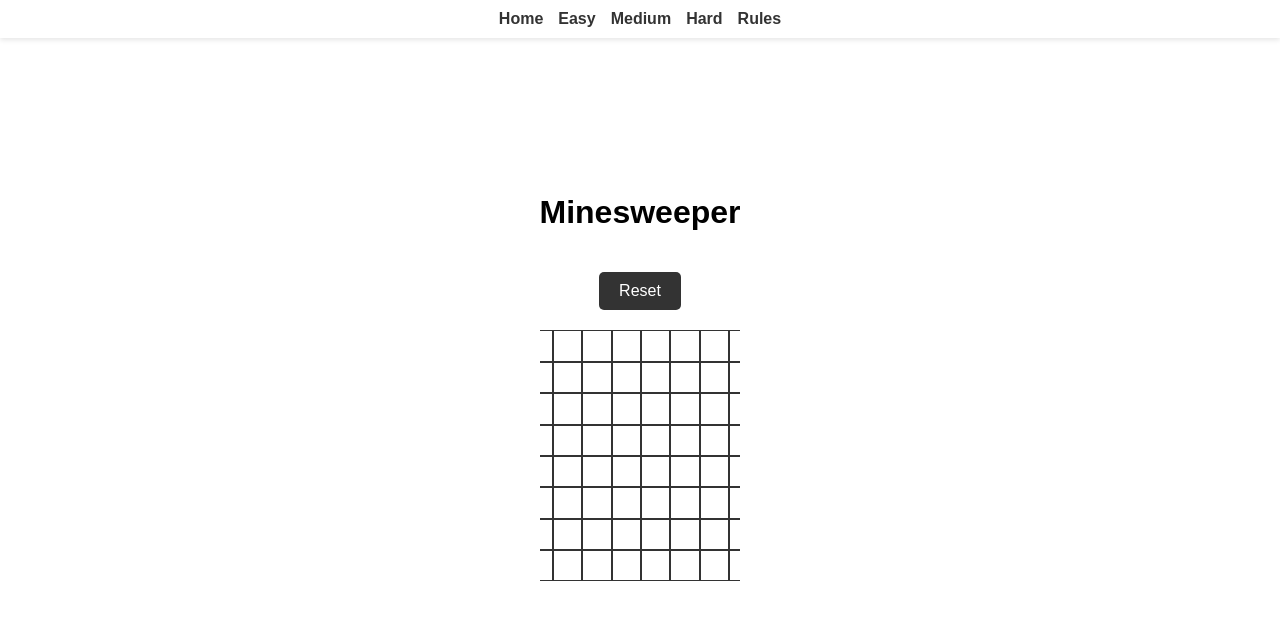
Repository: liwingy/-WingYee-_-Li-project2
Page: /game/easy (app in minesweeper/)
An editor plug-in stored every save of this project. The page is shown before and after the next save, followed by the edit.
The browser window is 1280 px wide. The pictures show the whole page.
The project was rebuilt for these pictures with package versions that can differ from the ones it lists, and the page was loaded fresh each time. Also part of the build but not shown: minesweeper/src/views/Homepage.js, minesweeper/src/views/Rules.js.

Above is the page before, as saved 2024-11-11 14:42:15.

### minesweeper/src/App.js
import './styles.css';
import { BrowserRouter as Router, Routes, Route, Link } from 'react-router-dom';
import Homepage from './views/Homepage';
import Game from './views/Game';
import Rules from './views/Rules';

function App() {
  return (
    <Router>
      <nav>
        <Link to="/">Home</Link>
        <Link to="/game/easy">Easy</Link>
        <Link to="/game/medium">Medium</Link>
        <Link to="/game/hard">Hard</Link>
        <Link to="/rules">Rules</Link>
      </nav>
      <Routes>
        <Route path="/" element={<Homepage />} />
        <Route path="/game/:difficulty" element={<Game />} />
        <Route path="/rules" element={<Rules />} />
      </Routes>
    </Router>
  );
}

export default App;

### minesweeper/src/styles.css
/* General Styles */
body, html {
  display: flex;
  justify-content: center;
  align-items: center;
  height: 100vh;
  margin: 0;
  font-family: Arial, sans-serif;
  text-align: center;
  overflow: hidden; /* Prevents unnecessary scrolling */
}

/* Main Container */
.main-container {
  display: flex;
  flex-direction: column;
  align-items: center;
  width: 100%;
  max-width: 1000px; /* Increased max-width for larger board support */
  margin-top: 60px;
}

/* Navbar Styling */
nav {
  position: fixed;
  top: 0;
  left: 0;
  right: 0;
  display: flex;
  gap: 15px;
  justify-content: center;
  background-color: white;
  padding: 10px;
  box-shadow: 0 2px 5px rgba(0, 0, 0, 0.1);
  z-index: 1000;
}

nav a {
  text-decoration: none;
  color: #333;
  font-weight: bold;
}

nav a:hover {
  color: #555;
}

/* Board Container */
.board-container {
  width: 100%;
  max-width: 90vw; /* Fits within viewport width */
  max-height: 80vh; /* Fits within viewport height */
  overflow: auto; /* Allows scrolling if needed */
  margin-top: 20px;
  padding: 5px;
  border: 1px solid #ddd;
}

/* Board Styling */
.board {
  display: grid;
  gap: 2px;
  justify-content: center;
  margin-top: 20px;
}

/* Dynamic Columns based on board size */
.board.hard {
  grid-template-columns: repeat(30, minmax(15px, 1fr)); /* 30 columns for hard mode */
}

/* Cell Styling */
.cell {
  width: 100%; /* Scales to fit the grid template */
  height: 100%; /* Matches the dynamic width */
  aspect-ratio: 1 / 1; /* Keeps cells square */
  border: 1px solid #333;
  display: flex;
  align-items: center;
  justify-content: center;
  font-size: 16px;
  cursor: pointer;
}

/* Revealed Cell Styling */
.cell.revealed {
  background-color: #d0d0d0;
}

/* Hover Effect for Cell */
.cell:hover {
  background-color: #e0e0e0;
}

/* Responsive adjustments for different screen sizes */
@media (min-width: 1024px) {
  .board.hard {
    grid-template-columns: repeat(30, 20px); /* Adjust cell size based on screen width */
  }
}

@media (max-width: 768px) {
  .board.hard {
    grid-template-columns: repeat(30, 15px); /* Smaller cell size for mobile */
  }
}

/* Button Styling */
button {
  margin-top: 20px;
  padding: 10px 20px;
  font-size: 16px;
  cursor: pointer;
  background-color: #333;
  color: #fff;
  border: none;
  border-radius: 5px;
}

button:hover {
  background-color: #555;
}

### minesweeper/src/views/Game.js
import React, { useState, useEffect } from 'react';
import { useParams } from 'react-router-dom';
import Cell from '../components/Cell';

function Game() {
  const { difficulty } = useParams();
  const [grid, setGrid] = useState([]);
  const [isGameOver, setIsGameOver] = useState(false);
  const [hasWon, setHasWon] = useState(false);

  // Sets up the size of the grid and the number of mines based on the selected difficulty level
  const config = {
    easy: { size: 8, mines: 10 },
    medium: { size: 16, mines: 40 },
    hard: { size: 30, mines: 99 },
  }[difficulty] || { size: 8, mines: 10 }; // Default to easy if something goes wrong

  // Reset the game every time the difficulty changes
  useEffect(() => {
    resetGame();
  }, [difficulty]);

  // Sets up a new grid and adds mines
  function initializeGrid() {
    // Create a blank grid with cells set to "not revealed" and no mines
    const emptyGrid = Array.from({ length: config.size }, () =>
      Array.from({ length: config.size }, () => ({
        isRevealed: false,
        isMine: false,
        adjacentMines: 0,
      }))
    );

    // Add mines to the grid
    placeMines(emptyGrid);
    setGrid(emptyGrid);
  }

  // Randomly add mines to cells in the grid
  function placeMines(grid) {
    let minesPlaced = 0;
    while (minesPlaced < config.mines) {
      const row = Math.floor(Math.random() * config.size);
      const col = Math.floor(Math.random() * config.size);

      // Only place a mine if there's not already one there
      if (!grid[row][col].isMine) {
        grid[row][col] = { ...grid[row][col], isMine: true };
        updateAdjacentCounts(grid, row, col); // Update nearby cells to track this new mine
        minesPlaced++;
      }
    }
  }

  // Increments the "adjacentMines" count for cells around a newly placed mine
  function updateAdjacentCounts(grid, row, col) {
    for (let r = Math.max(row - 1, 0); r <= Math.min(row + 1, config.size - 1); r++) {
      for (let c = Math.max(col - 1, 0); c <= Math.min(col + 1, config.size - 1); c++) {
        if (!grid[r][c].isMine) {
          grid[r][c].adjacentMines++;
        }
      }
    }
  }

  // Handles what happens when a player clicks a cell
  function handleClick(row, col) {
    // Do nothing if the game is already over or if the cell is already revealed
    if (isGameOver || grid[row][col].isRevealed) return;

    const newGrid = [...grid];

    // If the cell is a mine, game over!
    if (newGrid[row][col].isMine) {
      setIsGameOver(true);
      alert("Game over! You hit a bomb!");
      revealAllMines(newGrid); // Show all mines
      setGrid(newGrid);
      return;
    }

    // If it's safe, start revealing cells recursively
    revealCell(newGrid, row, col);
    setGrid(newGrid);

    // Check if all non-mine cells are revealed, meaning the player wins
    if (checkWin(newGrid)) {
      setHasWon(true);
      alert("Congratulations! You won!");
    }
  }

  // Recursive function to reveal cells with 0 adjacent mines
  function revealCell(grid, row, col) {
    if (
      row < 0 || col < 0 || row >= config.size || col >= config.size ||
      grid[row][col].isRevealed || grid[row][col].isMine
    ) {
      return; // Stop if out of bounds, already revealed, or a mine
    }

    grid[row][col].isRevealed = true;

    // If the cell has no adjacent mines, keep revealing nearby cells
    if (grid[row][col].adjacentMines === 0) {
      revealCell(grid, row - 1, col);
      revealCell(grid, row + 1, col);
      revealCell(grid, row, col - 1);
      revealCell(grid, row, col + 1);
      revealCell(grid, row - 1, col - 1);
      revealCell(grid, row - 1, col + 1);
      revealCell(grid, row + 1, col - 1);
      revealCell(grid, row + 1, col + 1);
    }
  }

  // Shows all mines when the game is over
  function revealAllMines(grid) {
    grid.forEach(row => {
      row.forEach(cell => {
        if (cell.isMine) {
          cell.isRevealed = true;
        }
      });
    });
  }

  // Checks if the player has revealed all non-mine cells
  function checkWin(grid) {
    return grid.flat().every(cell => cell.isMine || cell.isRevealed);
  }

  // Resets the game by reinitializing the grid and resetting the game state
  function resetGame() {
    setIsGameOver(false);
    setHasWon(false);
    initializeGrid();
  }

  return (
    <div>
      <h1>{isGameOver ? "Game Over" : hasWon ? "You Won!" : "Minesweeper"}</h1>
      <button onClick={resetGame}>Reset</button>
      <div className="board" style={{ gridTemplateColumns: `repeat(${config.size}, 1fr)` }}>
        {grid.map((row, rIndex) =>
          row.map((cell, cIndex) => (
            <Cell
              key={`${rIndex}-${cIndex}`}
              isRevealed={cell.isRevealed}
              isMine={cell.isMine}
              adjacentMines={cell.adjacentMines}
              onClick={() => handleClick(rIndex, cIndex)}
            />
          ))
        )}
      </div>
    </div>
  );
}

export default Game;

### minesweeper/src/components/Cell.js
import React from 'react';

function Cell({ isRevealed, isMine, adjacentMines, onClick }) {
  let content = '';
  if (isRevealed) {
    content = isMine ? '💣' : (adjacentMines > 0 ? adjacentMines : '');
  }

  return (
    <div
      className={`cell ${isRevealed ? 'revealed' : ''}`}
      onClick={onClick}
    >
      {content}
    </div>
  );
}

export default Cell;

Loaded but not shown: minesweeper/public/index.html (common file); minesweeper/src/index.js (common file)

After the next save:
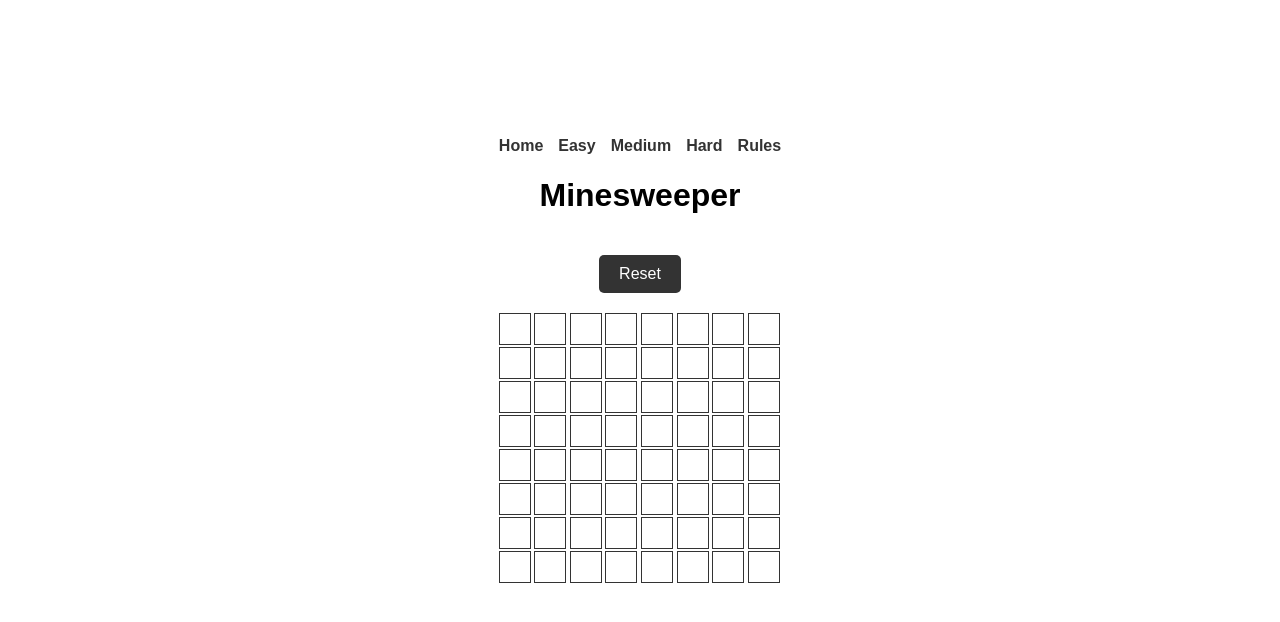
Saved 2 min 16 s later.
--- a/minesweeper/src/styles.css
+++ b/minesweeper/src/styles.css
@@ -7,7 +7,6 @@ body, html {
   margin: 0;
   font-family: Arial, sans-serif;
   text-align: center;
-  overflow: hidden; /* Prevents unnecessary scrolling */
 }
 
 /* Main Container */
@@ -16,23 +15,16 @@ body, html {
   flex-direction: column;
   align-items: center;
   width: 100%;
-  max-width: 1000px; /* Increased max-width for larger board support */
-  margin-top: 60px;
+  max-width: 600px;
 }
 
 /* Navbar Styling */
 nav {
-  position: fixed;
-  top: 0;
-  left: 0;
-  right: 0;
   display: flex;
   gap: 15px;
+  margin-bottom: 20px;
   justify-content: center;
-  background-color: white;
-  padding: 10px;
-  box-shadow: 0 2px 5px rgba(0, 0, 0, 0.1);
-  z-index: 1000;
+  width: 100%;
 }
 
 nav a {
@@ -45,40 +37,24 @@ nav a:hover {
   color: #555;
 }
 
-/* Board Container */
-.board-container {
-  width: 100%;
-  max-width: 90vw; /* Fits within viewport width */
-  max-height: 80vh; /* Fits within viewport height */
-  overflow: auto; /* Allows scrolling if needed */
-  margin-top: 20px;
-  padding: 5px;
-  border: 1px solid #ddd;
-}
-
 /* Board Styling */
 .board {
   display: grid;
   gap: 2px;
   justify-content: center;
   margin-top: 20px;
-}
-
-/* Dynamic Columns based on board size */
-.board.hard {
-  grid-template-columns: repeat(30, minmax(15px, 1fr)); /* 30 columns for hard mode */
+  /* Dynamically adjust the number of columns based on grid size */
 }
 
 /* Cell Styling */
 .cell {
-  width: 100%; /* Scales to fit the grid template */
-  height: 100%; /* Matches the dynamic width */
-  aspect-ratio: 1 / 1; /* Keeps cells square */
+  width: 30px;
+  height: 30px;
   border: 1px solid #333;
   display: flex;
   align-items: center;
   justify-content: center;
-  font-size: 16px;
+  font-size: 20px;
   cursor: pointer;
 }
 
@@ -92,16 +68,19 @@ nav a:hover {
   background-color: #e0e0e0;
 }
 
-/* Responsive adjustments for different screen sizes */
-@media (min-width: 1024px) {
-  .board.hard {
-    grid-template-columns: repeat(30, 20px); /* Adjust cell size based on screen width */
-  }
+/* Adjust the cell size for larger grids in hard mode */
+.board.hard .cell {
+  width: 20px;
+  height: 20px;
+  font-size: 16px;
 }
 
-@media (max-width: 768px) {
-  .board.hard {
-    grid-template-columns: repeat(30, 15px); /* Smaller cell size for mobile */
+/* Responsive adjustments for larger screens */
+@media (min-width: 1024px) {
+  .board.hard .cell {
+    width: 25px;
+    height: 25px;
+    font-size: 16px;
   }
 }
 
